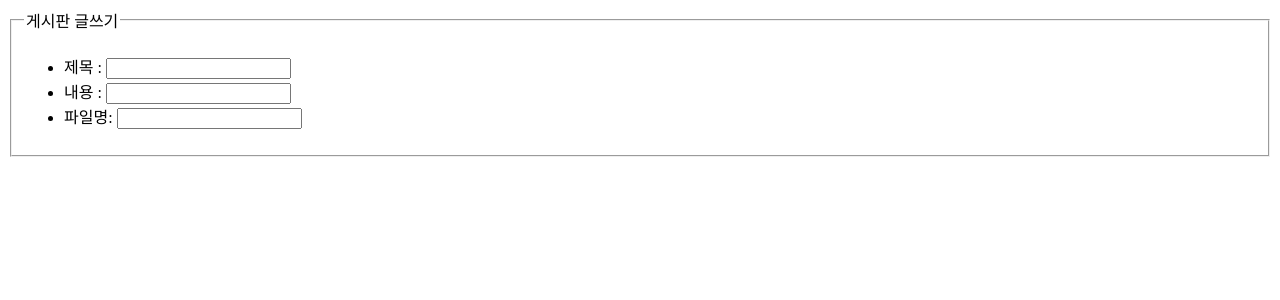
Repository: khy4701/JavaServerPage-Servlet
Page: http://localhost/07.BoardProejct/WriteForm.jsp
These files come from the project's save history. The page is drawn as it stood at one moment and after the next save; the edit follows.
The browser window is 1280 px wide. The pictures show the whole page.
The page is served by Tomcat 9.

Above is the page before, as saved 2016-07-25 05:26:30.

After the next save:
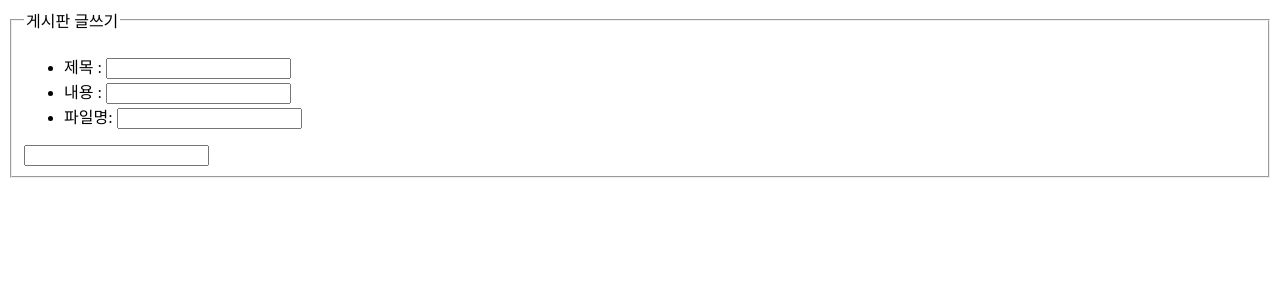
Saved 13 s later.
--- a/07.BoardProejct/WebContent/WriteForm.jsp
+++ b/07.BoardProejct/WebContent/WriteForm.jsp
@@ -8,6 +8,8 @@
 </head>
 <body>
 
+<form>
+
 <fieldset>
 	<legend>게시판 글쓰기</legend>
 	<ul>
@@ -15,7 +17,9 @@
 		<li> 내용 : <input type="text"></li>
 		<li> 파일명: <input type="text"></li>
 	</ul>
+
+	<input type
 </fieldset>
-
+</form>
 </body>
 </html>
